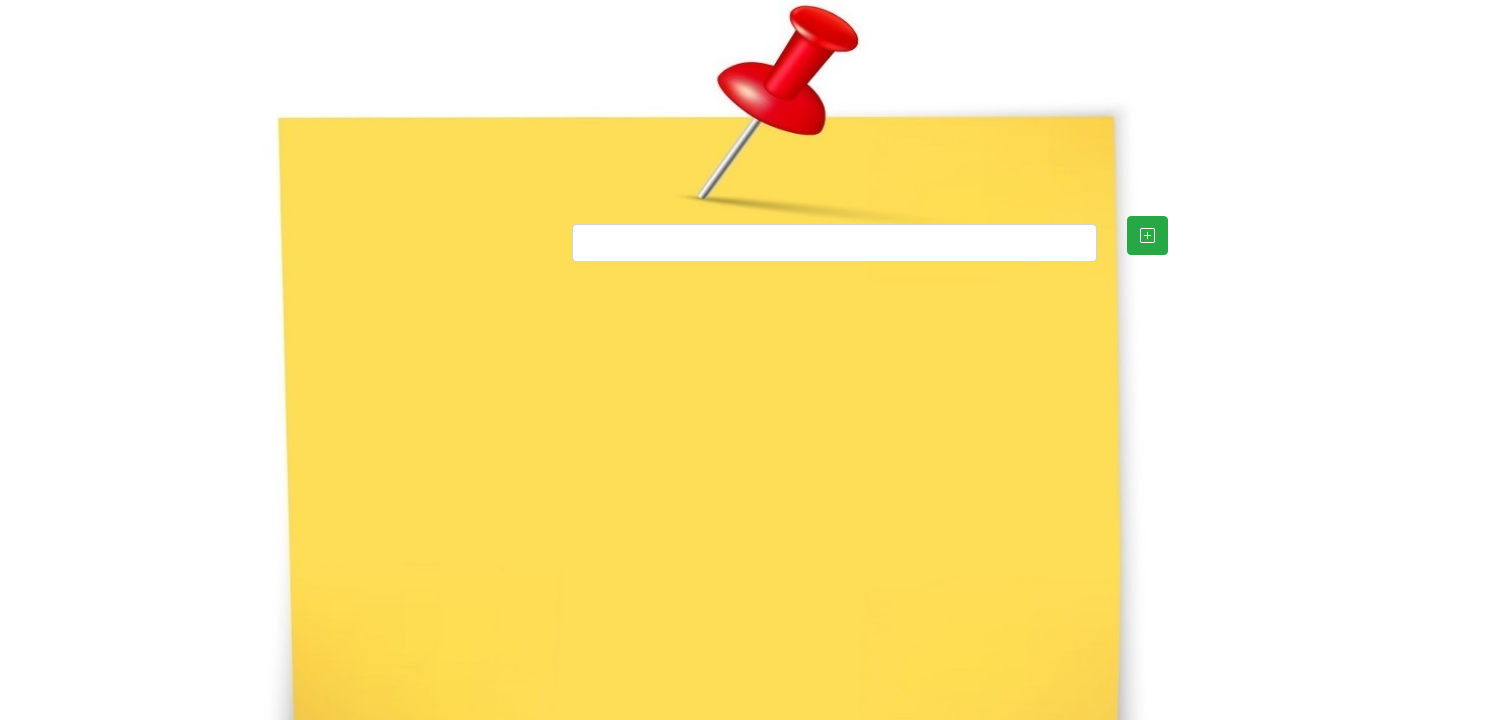
Repository: walaaElbasha/Todo-list-laravel
Page: http://localhost/tasks
The author's editor kept a copy of each file at every save. The page is drawn from the files as they stood at one save, then again after the next save.
The browser window is 1280 px wide. The page is 1440 px wide, then 1490 px, so the pictures cover 1490 px, including what lies to the right of the window. The pictures show the whole page.
The page is served by the project's Laravel application, run on PHP 8.4 with Laravel 8. Style sheets and scripts are compiled from the project's sources, by tool versions that may differ from the author's. Queries for data that is not in the repository find no rows.

Above is the page before, as saved 2021-07-01 14:58:55.

After the next save:
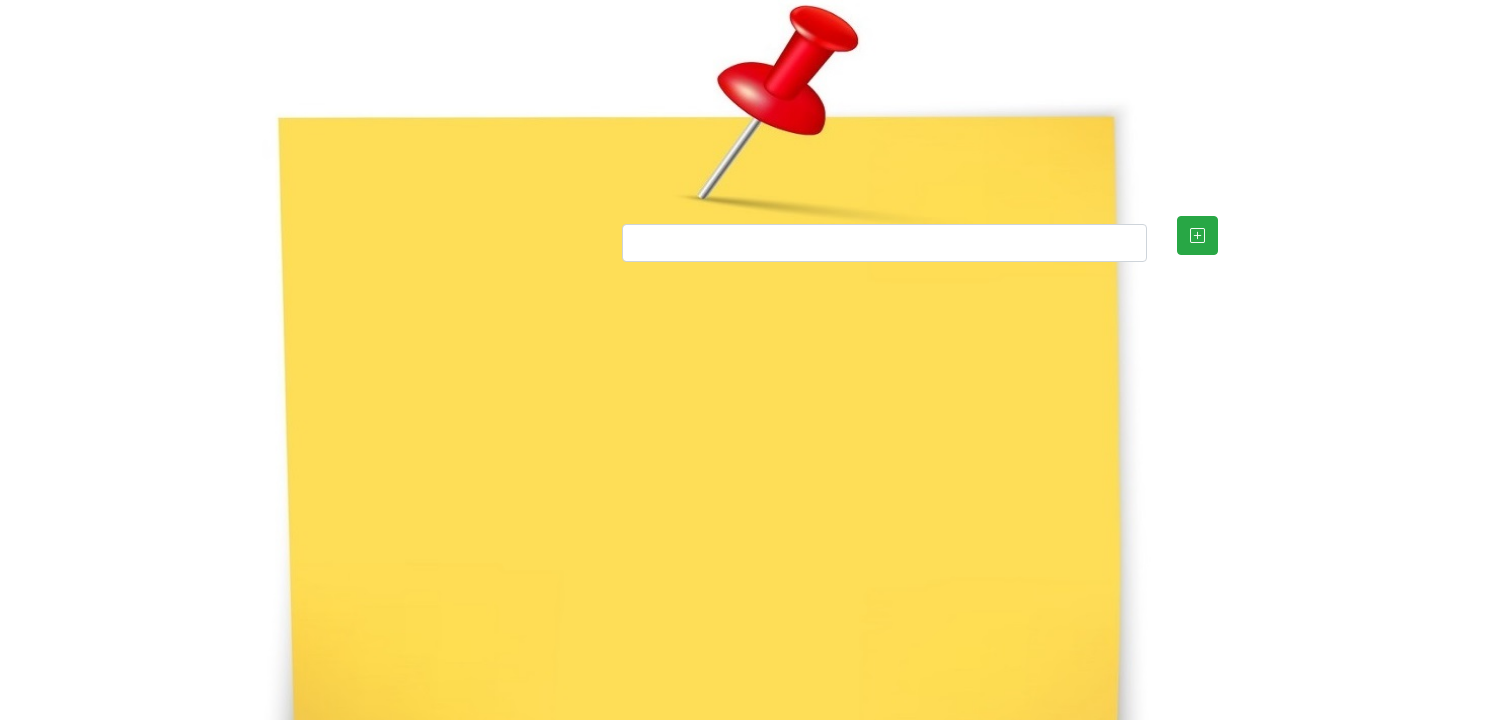
Saved 9 s later.
--- a/resources/views/tasks/index.blade.php
+++ b/resources/views/tasks/index.blade.php
@@ -5,7 +5,7 @@
 <!-- Bootstrap Boilerplate... -->
 <div>
 
-    <div class="container" style="margin-top:200px; margin-left:300px" >
+    <div class="container" style="margin-top:200px; margin-left:350px" >
 
         <!-- Display Validation Errors -->
         <table>
